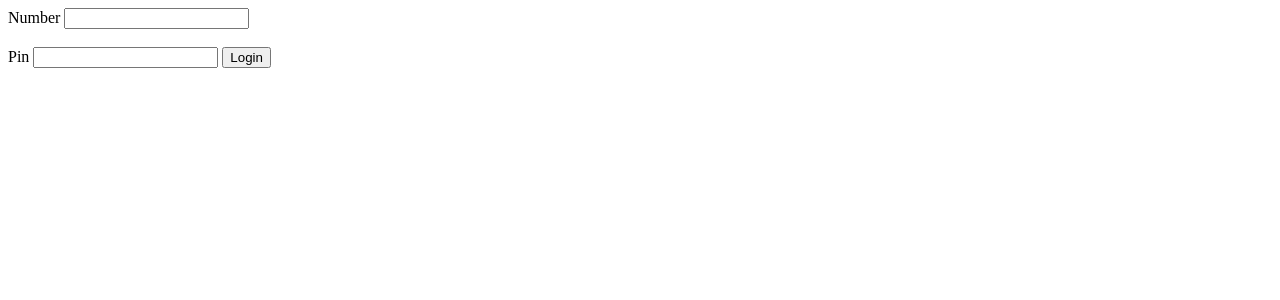
Repository: rajasuriya012001/Assessments
Page: demosample/Assesment1/src/main/webapp/bank.html
An editor plug-in stored every save of this project. The page is shown before and after the next save, followed by the edit.
The browser window is 1280 px wide. The pictures show the whole page.

Above is the page before, as saved 2022-06-10 08:20:33.

### demosample/Assesment1/src/main/webapp/bank.html
<!DOCTYPE html>
<html>
<head>
<meta charset="UTF-8">
<title>Insert title here</title>
</head>
<body>
<form action="post">
Number
<input type="text" name="number"/><br><br>
Pin
<input type="password" name="pin"/>
<input type="submit" value="Login" formaction="BankValue"/>
</body>
</html>

After the next save:
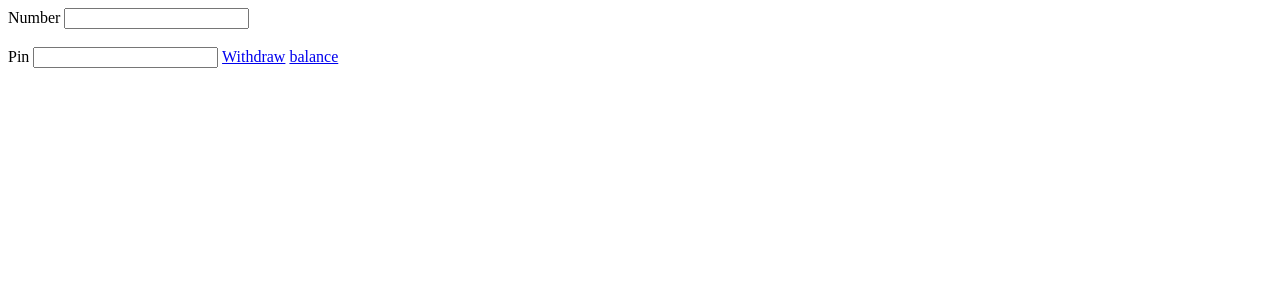
Saved 4 min 55 s later.
--- a/demosample/Assesment1/src/main/webapp/bank.html
+++ b/demosample/Assesment1/src/main/webapp/bank.html
@@ -10,6 +10,8 @@ Number
 <input type="text" name="number"/><br><br>
 Pin
 <input type="password" name="pin"/>
-<input type="submit" value="Login" formaction="BankValue"/>
 </body>
+<a href="withdraw">Withdraw</a>
+<a href="balance">balance</a>
+
 </html>
